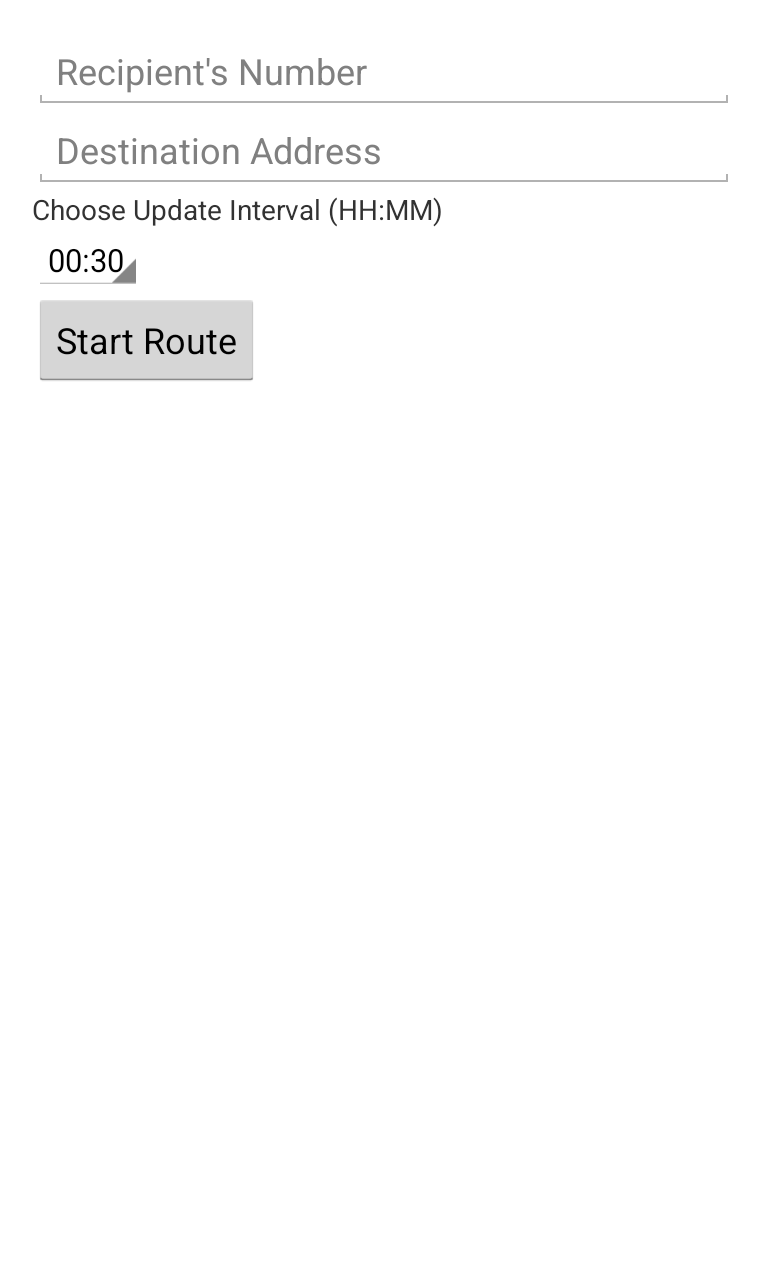
Repository: jmh9072/zolotnik
Layout: app/Herald!/res/layout/activity_main.xml
These files come from the project's save history. The layout is drawn as it stood at one moment and after the next save; the edit follows.
It is drawn on a 768 x 1280 px phone screen (xhdpi) without system bars, with theme AppTheme; the app's code is not run.

Above is the layout before, as saved 2013-06-08 01:14:13.

After the next save:
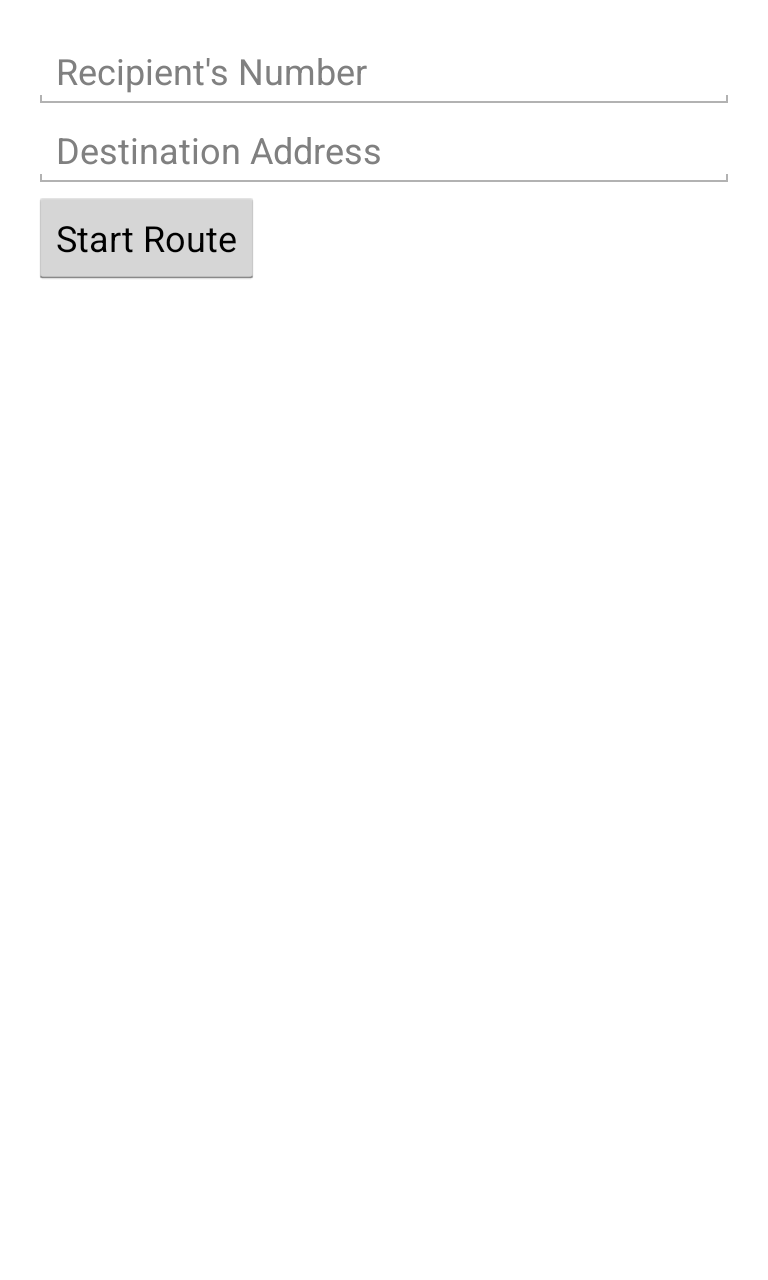
Saved 10 min 23 s later.
--- a/app/Herald!/res/layout/activity_main.xml
+++ b/app/Herald!/res/layout/activity_main.xml
@@ -23,18 +23,31 @@
         android:hint="@string/address_hint"
         android:inputType="textPostalAddress"/>
 
-    <TextView
-        android:id="@+id/spinner_prompt"
-        android:layout_width="wrap_content"
-        android:layout_height="wrap_content"
-        android:text="@string/update_interval"/>
+    <LinearLayout xmlns:android="Http://schemas.android.com/apk/res/android"
+        android:layout_width="fill_parent"
+        android:layout_height="fill_parent"
+        android:orientation="horizontal"
+        android:paddingBottom="@dimen/activity_vertical_margin"
+    	android:paddingLeft="@dimen/activity_horizontal_margin"
+   		android:paddingRight="@dimen/activity_horizontal_margin"
+    	android:paddingTop="@dimen/activity_vertical_margin">
 
-    <Spinner
-        android:id="@+id/interval_spinner"
-        android:layout_width="wrap_content"
-        android:layout_height="wrap_content"
-        android:entries="@array/interval_array"
-        android:prompt="@string/update_interval"/>
+         <TextView
+        	android:id="@+id/spinner_prompt"
+        	android:layout_width="wrap_content"
+        	android:layout_height="wrap_content"
+        	android:text="@string/update_interval"/>
+
+    	<Spinner
+        	android:id="@+id/interval_spinner"
+        	android:layout_width="wrap_content"
+        	android:layout_height="wrap_content"
+       	 	android:entries="@array/interval_array"
+        	android:prompt="@string/update_interval"/>
+
+
+    </LinearLayout>
+
 
     <Button
         android:id="@+id/start_button"
